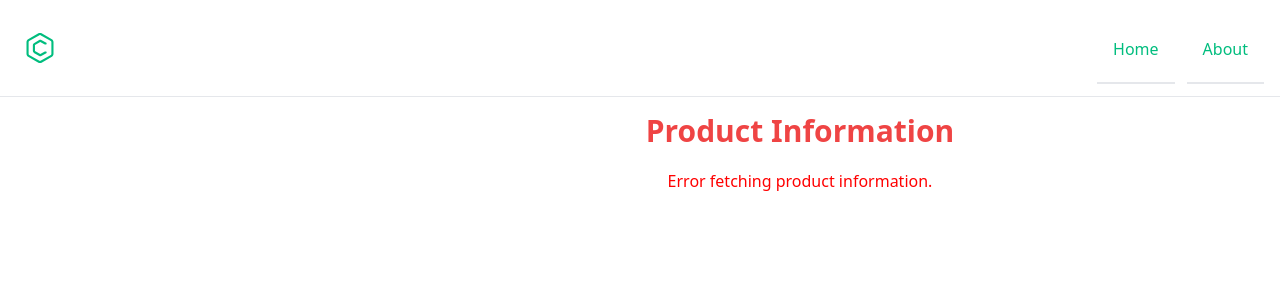
Repository: loktioncode/vectra-shop
Page: /
These files come from the project's save history. The page is drawn as it stood at one moment and after the next save; the edit follows.
The browser window is 1280 px wide. The pictures show the whole page.
The page's requests for data from a server got no answer. The project was rebuilt for these pictures with package versions that can differ from the ones it lists, and the page was loaded fresh each time. No one was signed in, and anything a server would have sent is missing. Also part of the build but not shown: vite.config.ts, src/components/ProductCard.vue.

Above is the page before, as saved 2023-09-20 15:33:46.

### src/assets/main.css
@tailwind base;
@tailwind components;
@tailwind utilities;

@import './base.css';

a,
.green {
  text-decoration: none;
  color: hsla(160, 100%, 37%, 1);
  transition: 0.4s;
}

@media (hover: hover) {
  a:hover {
    background-color: hsla(160, 100%, 37%, 0.2);
  }
}

### src/App.vue
<!-- <script setup lang="ts">
import { RouterLink, RouterView } from 'vue-router'
import HelloWorld from './components/HelloWorld.vue'
</script> -->

<template>
  <div class="app">

    <header class="p-4 dark:bg-gray-800 dark:text-gray-100">
      <div class="container flex justify-between h-16 mx-auto">
        <a rel="noopener noreferrer" href="#" aria-label="Back to homepage" class="flex items-center p-2">
          <svg xmlns="http://www.w3.org/2000/svg" fill="currentColor" viewBox="0 0 32 32"
            class="w-8 h-8 dark:text-violet-400">
            <path
              d="M27.912 7.289l-10.324-5.961c-0.455-0.268-1.002-0.425-1.588-0.425s-1.133 0.158-1.604 0.433l0.015-0.008-10.324 5.961c-0.955 0.561-1.586 1.582-1.588 2.75v11.922c0.002 1.168 0.635 2.189 1.574 2.742l0.016 0.008 10.322 5.961c0.455 0.267 1.004 0.425 1.59 0.425 0.584 0 1.131-0.158 1.602-0.433l-0.014 0.008 10.322-5.961c0.955-0.561 1.586-1.582 1.588-2.75v-11.922c-0.002-1.168-0.633-2.189-1.573-2.742zM27.383 21.961c0 0.389-0.211 0.73-0.526 0.914l-0.004 0.002-10.324 5.961c-0.152 0.088-0.334 0.142-0.53 0.142s-0.377-0.053-0.535-0.145l0.005 0.002-10.324-5.961c-0.319-0.186-0.529-0.527-0.529-0.916v-11.922c0-0.389 0.211-0.73 0.526-0.914l0.004-0.002 10.324-5.961c0.152-0.090 0.334-0.143 0.53-0.143s0.377 0.053 0.535 0.144l-0.006-0.002 10.324 5.961c0.319 0.185 0.529 0.527 0.529 0.916z">
            </path>
            <path
              d="M22.094 19.451h-0.758c-0.188 0-0.363 0.049-0.515 0.135l0.006-0.004-4.574 2.512-5.282-3.049v-6.082l5.282-3.051 4.576 2.504c0.146 0.082 0.323 0.131 0.508 0.131h0.758c0.293 0 0.529-0.239 0.529-0.531v-0.716c0-0.2-0.11-0.373-0.271-0.463l-0.004-0.002-5.078-2.777c-0.293-0.164-0.645-0.26-1.015-0.26-0.39 0-0.756 0.106-1.070 0.289l0.010-0.006-5.281 3.049c-0.636 0.375-1.056 1.055-1.059 1.834v6.082c0 0.779 0.422 1.461 1.049 1.828l0.009 0.006 5.281 3.049c0.305 0.178 0.67 0.284 1.061 0.284 0.373 0 0.723-0.098 1.027-0.265l-0.012 0.006 5.080-2.787c0.166-0.091 0.276-0.265 0.276-0.465v-0.716c0-0.293-0.238-0.529-0.529-0.529z">
            </path>
          </svg>
        </a>
        <ul class="items-stretch hidden space-x-3 md:flex">
          <RouterLink to="/" class="flex items-center px-4 -mb-1 border-b-2 dark:border-transparent">Home</RouterLink>
          <RouterLink to="/about" class="flex items-center px-4 -mb-1 border-b-2 dark:border-transparent">About
          </RouterLink>
        </ul>
        <button class="flex justify-end p-4 md:hidden">
          <svg xmlns="http://www.w3.org/2000/svg" fill="none" viewBox="0 0 24 24" stroke="currentColor" class="w-6 h-6">
            <path stroke-linecap="round" stroke-linejoin="round" stroke-width="2" d="M4 6h16M4 12h16M4 18h16"></path>
          </svg>
        </button>
      </div>
    </header>

    <RouterView />

  </div>
</template>

<style >
.app {
  text-align: center;
}
</style>

### src/views/HomeView.vue


<template>
  <!-- <div class="home">
    <Counter />
    <div class="buttons">
      <button @click="storeCounter.decreaseCount">-</button>
      <button @click="storeCounter.increaseCount">+</button>
    </div>
    <hr>
    <div>
      this counter is : {{ storeCounter.oddOrEven }}
    </div>
    <hr>
    <div>
      <h3>Edit Counter:</h3>
      <input v-model="storeCounter.count" type="number" name="count" id="count">
    </div>
  </div> -->
  <hr>
  <div>
    <Products />
  </div>

</template>



<script setup lang="ts">
import Counter from '@/components/Counter.vue'
import Products from '@/components/Products.vue'

import { useCounterStore } from '@/stores/counter'

const storeCounter = useCounterStore();


</script>

<style>
@media (min-width: 1024px) {
  .home {
    min-height: 100vh;
    align-items: center;
  }



  .buttons button {
    font-size: 40px;
    margin: 20px;
    width: 50px;
    height: 50px;
  }
}
</style>

### src/components/Products.vue
<template>
  <div class="flex">
    <!-- Left Sidebar for Filters -->
    <div class="w-1/4 ">
      <!-- Your filter components can go here -->
    </div>

    <!-- Right Side for Product Information -->
    <div class="w-3/4 p-4">
      <h1 class="text-3xl text-red-500 font-bold mb-5">Product Information</h1>
      <div v-if="productStore.loading">Loading...</div>
      <div v-else>
        <div v-if="productStore.error" class="error-message">{{ productStore.error }}</div>
        <div class="px-10">
          <div class="grid grid-cols-4 gap-4">
            <ProductCard v-for="product in productStore.products" :key="product.id" :product="product" />
          </div>
        </div>
      </div>
    </div>
  </div>
</template>

<script setup lang="ts">
import { onMounted } from 'vue';
import { useProductStore } from '@/stores/productStore';
import ProductCard from '@/components/ProductCard.vue';

const productStore = useProductStore();

async function fetchProductInfo() {
  const apiUrl = 'https://fakestoreapi.com/products'; // Replace with your actual API endpoint
  await productStore.fetchProductInfo(apiUrl);
}

onMounted(() => fetchProductInfo());
</script>

<style scoped>
.error-message {
  color: red;
}
</style>

### src/stores/counter.ts
import { computed } from 'vue'
import { defineStore } from 'pinia'

export const useCounterStore = defineStore({
  id: 'counter',
  state: () => ({
    count: 0,
    name: '张三',
    username: 'zhangsan'
  }),
  actions: {
    increaseCount() {
      this.count++;
    },
    decreaseCount() {
      this.count--;
    }
  },
  getters: {
    oddOrEven: (state) => {
      if (state.count % 2 === 0) {
        return 'even'
      } else {
        return 'odd'
      }
    }

  }
})

### src/stores/productStore.ts
import { defineStore } from 'pinia';

interface Product {
    id: string;
    title: string;
    description: string;
    price: number;
}

export const useProductStore = defineStore({
    id: 'products',
    state: () => ({
        products: [] as Product[],
        loading: false,
        error: null as string | null,
    }),
    actions: {
        async fetchProductInfo(apiUrl: string) {
            try {
                this.loading = true;
                const response = await fetch(apiUrl);

                if (!response.ok) {
                    throw new Error('Network response was not ok');
                }

                this.products = await response.json();
                this.error = null;
            } catch (error) {
                this.error = 'Error fetching product information.';
                console.error(error);
            } finally {
                this.loading = false;
            }
        },
    },
    getters: {


    }
})

### tailwind.config.js
/** @type {import('tailwindcss').Config} */
module.exports = {
  content: [
    "./index.html",
    "./src/**/*.{vue,js,jsx,ts,tsx}",
  ],
  theme: {
    extend: {},
  },
  plugins: [],
}

Loaded but not shown: index.html (common file); src/main.ts (common file); src/router/index.ts (common file)

After the next save:
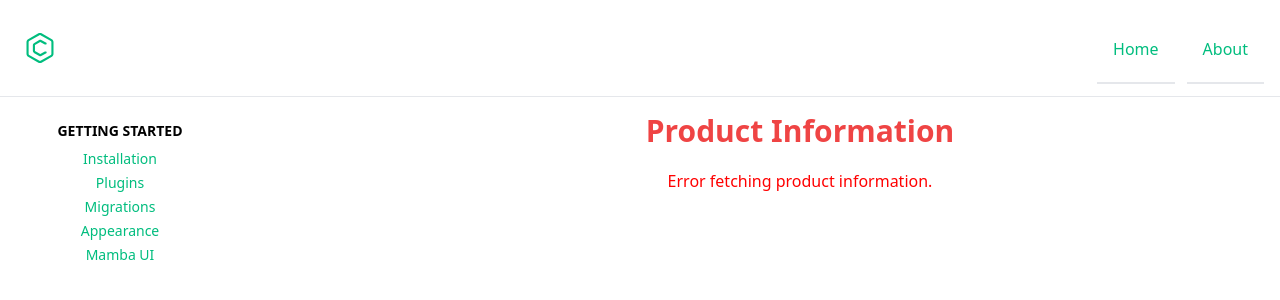
Saved 72 s later.
--- a/src/components/Products.vue
+++ b/src/components/Products.vue
@@ -2,7 +2,21 @@
   <div class="flex">
     <!-- Left Sidebar for Filters -->
     <div class="w-1/4 ">
-      <!-- Your filter components can go here -->
+      <aside class="w-full p-6 sm:w-60 dark:bg-gray-900 dark:text-gray-100">
+        <nav class="space-y-8 text-sm">
+          <div class="space-y-2">
+            <h2 class="text-sm font-semibold tracki uppercase dark:text-gray-400">Getting Started</h2>
+            <div class="flex flex-col space-y-1">
+              <a rel="noopener noreferrer" href="#">Installation</a>
+              <a rel="noopener noreferrer" href="#">Plugins</a>
+              <a rel="noopener noreferrer" href="#">Migrations</a>
+              <a rel="noopener noreferrer" href="#">Appearance</a>
+              <a rel="noopener noreferrer" href="#">Mamba UI</a>
+            </div>
+          </div>
+
+        </nav>
+      </aside>
     </div>
 
     <!-- Right Side for Product Information -->
